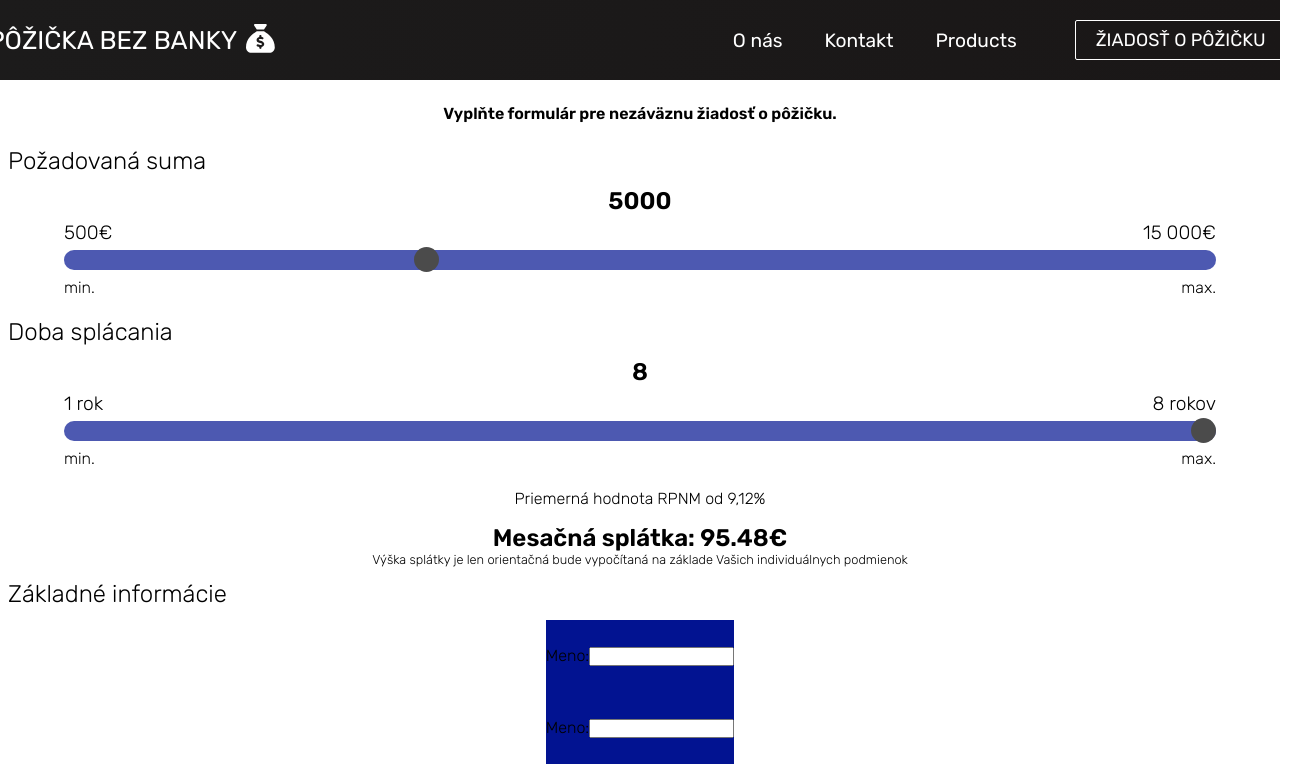
Repository: steve-lgtm/React-website-pozickabezbanky
Page: /ziadost
An editor plug-in stored every save of this project. The page is shown before and after the next save, followed by the edit.
The browser window is 1280 px wide. The page is 1305 px wide, so the pictures cover 1305 px, including what lies to the right of the window. The pictures show the whole page.
Some web libraries are served in a nearby version. The project was rebuilt for these pictures with package versions that can differ from the ones it lists, and the page was loaded fresh each time. Also part of the build but not shown: src/components/pages/Home.js, src/components/pages/Kontakt.js, src/components/pages/Products.js.

Above is the page before, as saved 2022-07-09 00:06:34.

### src/App.js
import React from 'react';
import Navbar from './components/Navbar';
import './App.css';
import Home from './components/pages/Home.js';
import { BrowserRouter as Router, Routes, Route } from 'react-router-dom';
import Kontakt from './components/pages/Kontakt';
import Products from './components/pages/Products';
import Ziadost from './components/pages/Ziadost';
import { library } from '@fortawesome/fontawesome-svg-core'
import { fas } from '@fortawesome/free-solid-svg-icons'


library.add(fas)


function App() {
  return (
      <Router>
        <Navbar />
        <Routes>
          <Route path='/' exact element={<Home />} />
          <Route path='/kontakt' element={<Kontakt/>} />
          <Route path='/products' element={<Products/>} />
          <Route path='/ziadost' element={<Ziadost/>} />
        </Routes>
      </Router>
  );
}

export default App;

### src/components/Navbar.js
import React, { useState, useEffect } from 'react';
import { Button } from './Button';
import { Link } from 'react-router-dom';
import './Navbar.css';
import { FontAwesomeIcon } from '@fortawesome/react-fontawesome';

function Navbar() {
  const [click, setClick] = useState(false);
  const [button, setButton] = useState(true);

  const handleClick = () => setClick(!click);
  const closeMobileMenu = () => setClick(false);

  const showButton = () => {
    if (window.innerWidth <= 1040) {
      setButton(false);
    } else {
      setButton(true);
    }
  };

  useEffect(() => {
    showButton();
  }, []);

  window.addEventListener('resize', showButton);

  return (
    <>
      <nav className='navbar'>
        <div className='navbar-container'>
          <Link to='/' className='navbar-logo' onClick={closeMobileMenu}>
            PÔŽIČKA BEZ BANKY
           {/* <FontAwesomeIcon icon="fa-solid fa-money-bill-1-wave" className='nav-icon'/> */}
           <FontAwesomeIcon icon="fa-solid fa-sack-dollar" className='nav-icon' />
          </Link>
          <div className='menu-icon' onClick={handleClick}>
            <i className={click ? 'fas fa-times' : 'fas fa-bars'} />
          </div>
          <ul className={click ? 'nav-menu active' : 'nav-menu'}>
            <li className='nav-item'>
              <Link to='/' className='nav-links' onClick={closeMobileMenu}>
                O nás
              </Link>
            </li>
            <li className='nav-item'>
              <Link
                to='/kontakt'
                className='nav-links'
                onClick={closeMobileMenu}
              >
                Kontakt
              </Link>
            </li>
            <li className='nav-item'>
              <Link
                to='/products'
                className='nav-links'
                onClick={closeMobileMenu}
              >
                Products
              </Link>
            </li>

            <li>
              <Link
                to='/ziadost'
                className='nav-links-mobile'
                onClick={closeMobileMenu}
              >
                ŽIADOSŤ O PÔŽIČKU
              </Link>
            </li>
          </ul>
          {button && <Button buttonStyle='btn--outline'>ŽIADOSŤ O PÔŽIČKU</Button>}
        </div>
      </nav>
    </>
  );
}

export default Navbar;

### src/App.css
@import url('https://fonts.googleapis.com/css2?family=Rubik:wght@300;400;600&display=swap');
* {
  box-sizing: border-box;
  margin: 0;
  padding: 0;
  font-family: 'Rubik', sans-serif;



}

.home,
.services,
.products,
.sign-up {
  display: flex;
  height: 89vh;
  align-items: center;
  justify-content: center;
  font-size: 3rem;
}

.services {
  background-color: blue;
  background-size: cover;
  background-repeat: no-repeat;
  color: rgb(0, 0, 0);
  font-size: 20px;
}

.products {
  background-color: blue;
  background-position: center;
  background-size: cover;
  background-repeat: no-repeat;
  color: #fff;
  font-size: 100 rem;
}

.sign-up {
  background-position: center;
  background-size: cover;
  background-repeat: no-repeat;
  color: rgb(0, 0, 0);
  font-size: 100px;
}
.home {
  background-position: center;
  background-size: cover;
  background-repeat: no-repeat;
  color: rgb(0, 0, 0);
  font-size: 100px;
}

### src/components/pages/Ziadost.js
import React from 'react';
import '../../App.css';
import './Ziadost.css'
import { useState } from 'react';
import { useFormik} from 'formik'

function PMT(ir, np, pv, fv, type) {

  //  * ir   - interest rate per month
  //  * np   - number of periods (months)
   // * pv   - present value
   // * fv   - future value
  //  * type - when the payments are due:
 //   *        0: end of the period, e.g. end of month (default)
  //  *        1: beginning of period

   var pmt, pvif;

   fv || (fv = 0);
   type || (type = 0);

   if (ir === 0)
       return -(pv + fv)/np;

   pvif = Math.pow(1 + ir, np);
   pmt = - ir * pv * (pvif + fv) / (pvif - 1);

   if (type === 1)
       pmt /= (1 + ir);


   return pmt;}

export default function Ziadost() {
  const [mounthAmount, setMounthAmount] = useState(95.48);
  const formik =  useFormik({
    initialValues: {
      amount: 5000,
      period: 8
    }
  });

 const changeAmount = (e) => {
  let urk_sdz = 0.1834;
  if(e.target.name==='amount'){
    let urk_sdz = 0.1834;
    if ( formik.values.period===1) urk_sdz = 0.3910;
    if ( formik.values.period>1 && formik.values.period<6 ) urk_sdz = 0.2098; //0.22;
    if ( formik.values.period>5 && formik.values.period<9 ) urk_sdz = 0.1834;
    let finalAmount = Math.round(PMT(Math.pow((1+urk_sdz),1/12)-1,(formik.values.period*12),-1*e.target.value)*100) /100;
  setMounthAmount(finalAmount)}

  if(e.target.name==='period'){
    if ( e.target.value===1) urk_sdz = 0.3910;
    if ( e.target.value>1 && e.target.value<6 ) urk_sdz = 0.2098; //0.22;
    if ( e.target.value>5 && e.target.value<9 ) urk_sdz = 0.1834;
    let finalAmount = Math.round(PMT(Math.pow((1+urk_sdz),1/12)-1,(e.target.value*12),-1*formik.values.amount)*100) /100;
    setMounthAmount(finalAmount)}
  };
  return (
    <>
      <h1 className='header-form'>
          Vyplňte formulár pre nezáväznu žiadosť o pôžičku.
        </h1>
      <form>
      <div className='container-form'>
        <div className='section-name'>Požadovaná suma</div>
            <h2>{formik.values.amount}</h2>
            <div className="containerslider">
                <div className="pullleft" style={{fontSize:"1.2rem"}}>
                    500€
                </div>
                <div className="pullright" style={{fontSize:"1.2rem"}}>
                    15 000€
                </div>
            <input type="range" name="amount" step="100" min="500" max="15000" onChange={(e) =>{formik.handleChange(e); changeAmount(e)}} value={formik.values.amount} className="slider" id="suma"/>
            <div className="pullleft" style={{fontSize: "1rem"}}>
                min.
            </div>
            <div className="pullright" style={{fontSize: "1rem"}}>
                max.
            </div>
            </div>

       <div className='section-name'>Doba splácania</div>
       <h2>{formik.values.period}</h2>
            <div className="containerslider">
                <div className="pullleft" style={{fontSize:"1.2rem"}}>
                    1 rok
                </div>
                <div className="pullright" style={{fontSize:"1.2rem"}}>
                    8 rokov
                </div>
            <input type="range" name="period" step="1" min="1" max="8" onChange={(e) => {formik.handleChange(e); changeAmount(e)}} value={formik.values.period} className="slider" id="doba"/>
            <div className="pullleft" style={{fontSize: "1rem"}}>
                min.
            </div>
            <div className="pullright" style={{fontSize: "1rem"}}>
                max.
            </div>
            </div>
            <div className="info">
        Priemerná hodnota RPNM od 9,12%
        </div>
        <h2> Mesačná splátka: {mounthAmount}€</h2>
        <div className="info2">
            Výška splátky je len orientačná bude vypočítaná na základe Vašich individuálnych podmienok
        </div>

            <div className='section-name'>Základné informácie</div>
          <div className='personal-data'>
            <div className='personal-data-field'>
          <label for="nameElm">Meno:</label>
      <input required type="text" name="Meno" id="nameid" size="15" maxlength="50" oninvalid="alert('Vyplňte meno!');"/>
      </div>
      <div className='personal-data-field'>
      <label for="nameElm">Meno:</label>
      <input required type="text" name="Meno" id="nameid" size="15" maxlength="50" oninvalid="alert('Vyplňte meno!');"/>
            </div>
            </div>
            </div>
      </form>

    </>
  );
}

### src/components/Button.js
// import React from 'react';
// import './Button.css';
// import { Link } from 'react-router-dom';

// export function Button() {
//   return (
//     <Link to='sign-up'>
//       <button className='btn'>Sign Up</button>
//     </Link>
//   );
// }

import React from 'react';
import './Button.css';
import { Link } from 'react-router-dom';

const STYLES = ['btn--primary', 'btn--outline', 'btn--test'];

const SIZES = ['btn--medium', 'btn--large'];

export const Button = ({
  children,
  type,
  onClick,
  buttonStyle,
  buttonSize
}) => {
  const checkButtonStyle = STYLES.includes(buttonStyle)
    ? buttonStyle
    : STYLES[0];

  const checkButtonSize = SIZES.includes(buttonSize) ? buttonSize : SIZES[0];

  return (
    <Link to='/ziadost' className='btn-mobile'>
      <button
        className={`btn ${checkButtonStyle} ${checkButtonSize}`}
        onClick={onClick}
        type={type}
      >
        {children}
      </button>
    </Link>
  );
};

### src/components/Navbar.css
.navbar {
    background: linear-gradient(90deg, rgb(28, 27, 27) 0%, rgb(26, 23, 23) 100%);
    height: 80px;
    display: flex;
    justify-content: center;
    align-items: center;
    font-size: 1.2rem;
    position: sticky;
    top: 0;
    z-index: 999;
    font-weight: 400;
    white-space: nowrap;
  }

  .navbar-container {
    display: flex;
    justify-content: center;
    align-items: center;
    height: 80px;
    max-width: 1500px;
  }

  .navbar-logo {
    color: #fff;
    justify-self: start;
    margin-left: 0.5em;
    cursor: pointer;
    text-decoration: none;
    font-size: 1.6rem;
    display: flex;
    align-items: center;

  }

  .nav-icon {
    margin-left: 0.3em;
    margin-bottom: 0.1em;
    font-size: 1.8rem;
  }

  .nav-menu {
    display: grid;
    grid-template-columns: repeat(4, auto);
    grid-gap: 10px;
    list-style: none;
    text-align: center;
    width: 60vw;
    justify-content: end;
    margin-right: 2rem;
  }

  .nav-item {
    height: 3.5em;
  }

  .nav-links {
    color: #fff;
    display: flex;
    align-items: center;
    text-decoration: none;
    padding: 0.5rem 1rem;
    height: 100%;
  }

  .nav-links:hover {
    border-bottom: 4px solid #fff;
    transition: all 0.2s ease-out;
  }

  .fa-bars {
    color: rgb(255, 255, 255);
  }

  .nav-links-mobile {
    display: none;
  }

  .menu-icon {
    display: none;
  }

  @media screen and (max-width: 1040px) {
    .NavbarItems {
      position: relative;
    }

    .nav-menu {
      display: flex;
      flex-direction: column;
      justify-content: flex-start;
      width: 100%;
      height: 100vh;
      position: absolute;
      top: 80px;
      left: -100%;
      opacity: 1;
      transition: all 0.5s ease;
    }

    .nav-menu.active {
      background: #242222;
      left: 0;
      opacity: 1;
      transition: all 0.5s ease;
      z-index: 1;
    }

    .nav-links {
      font-size: 1.5rem;
      text-align: center;
      padding: 2rem;
      width: 100%;
      display: table;
    }

    .nav-links:hover {
      background-color: #fff;
      color: #242424;
      border-radius: 0;
    }

    .navbar-logo {
      float: left;}

    .navbar {
      justify-content: flex-start;
    }
    .navbar-container {
      float: left;
    }
    .menu-icon {
      display: block;
      position: absolute;
      top: 0;
      right: 0;
      transform: translate(-100%, 60%);
      font-size: 1.8rem;
      cursor: pointer;
    }

    .fa-times {
      color: #fff;
      font-size: 2rem;
    }

    .nav-links-mobile {
      display: block;
      text-align: center;
      margin: 2rem auto;
      border-radius: 4px;
      width: 80%;
      text-decoration: none;
      font-size: 1.5rem;
      background-color: transparent;
      color: #fff;
      padding: 14px 20px;
      border: 1px solid #fff;
      transition: all 0.3s ease-out;
    }

    .nav-links-mobile:hover {
      background: #fff;
      color: #242424;
      transition: 250ms;
    }
  }

### src/components/pages/Ziadost.css

.container-form {
margin: 0.5em;
display: flex;
flex-direction: column;
align-items: center;
font-weight: 300;
}
.pullleft{
    margin-top:0.3em;
    margin-bottom: 0.3em;
    float: left;

}
.pullright{
    margin-top:0.3em;
    margin-bottom: 0.3em;
    float: right;
}

.containerslider {
    width: 90vw;
    margin-bottom: 1em;
}
.header-form {
    text-align: center;
    font-size: 1rem;
    padding: 1em;
    padding-top: 1.5em;
}
.info{
    font-size: 1rem;
    color:black;
    text-align: center;
    margin-bottom: 1em;
}
.info2{
    font-size: 0.8rem;
    color:black;
    text-align: center;
    margin-bottom: 1em;
}
.slider {
    -webkit-appearance: none;
    width: 100%;
    height: 20px;
    background: #021391;
    outline: none;
    opacity: 0.7;
    -webkit-transition: .2s;
    transition: opacity .2s;
    border-radius: 1em;

  }
.section-name {
    align-self: flex-start;
    font-size: 1.5em;
    margin-bottom: 0.5em;
}

  .slider::-webkit-slider-thumb {
    -webkit-appearance: none;
    appearance: none;
    width: 25px;
    height: 25px;
    background: #000000;
    cursor: pointer;
    border-radius: 40px;
  }

  .slider::-moz-range-thumb {
    width: 25px;
    height: 25px;
    background: #000000;
    cursor: pointer;
  }
.arrow{
    width: 70px;
    margin-bottom: -1em;
}

.personal-data{
    display: flex;
    flex-direction: column;
    justify-content:space-around;
    height: 20vh;
    background-color: #021391;
}
.personal-data-field{


}

### src/components/Button.css
:root {
  --primary: #fff;
}

.btn {
  padding: 8px 20px;
  border-radius: 2px;
  outline: none;
  border: none;
  cursor: pointer;
}

.btn--primary {
  background-color: var(--primary);
  color: #242424;
  border: 1px solid var(--primary);
}

.btn--outline {
  background-color: transparent;
  color: #fff;
  padding: 8px 20px;
  border: 1px solid var(--primary);
  transition: all 0.3s ease-out;
}

.btn--medium {
  margin-right: 1em;
  padding: 8px 20px;
  font-size: 18px;
}

.btn--large {
  padding: 12px 26px;
  font-size: 20px;
}

.btn--large:hover,
.btn--medium:hover {
  transition: all 0.3s ease-out;
  background: #fff;
  color: #242424;
  transition: 250ms;
}

Loaded but not shown: public/index.html (common file); src/index.js (common file); src/index.css (common file)

After the next save:
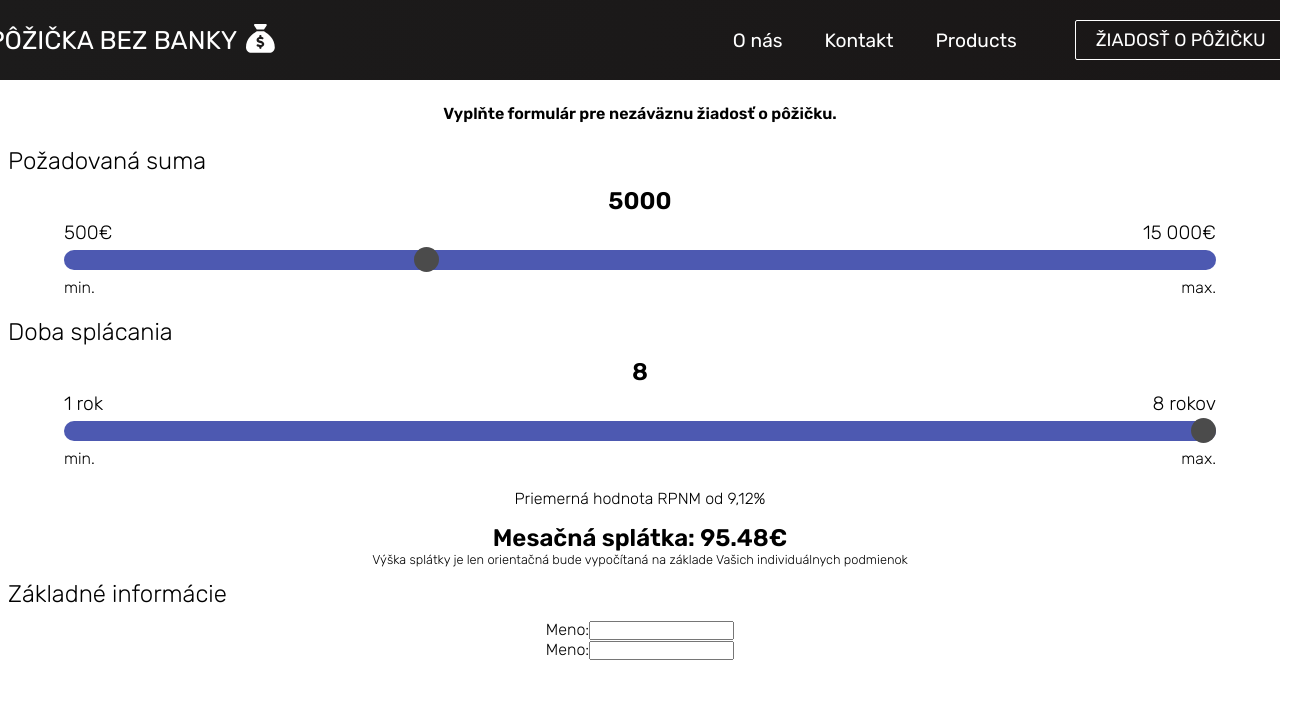
Saved 10 s later.
--- a/src/components/pages/Ziadost.css
+++ b/src/components/pages/Ziadost.css
@@ -80,11 +80,7 @@ font-weight: 300;
 }
 
 .personal-data{
-    display: flex;
-    flex-direction: column;
-    justify-content:space-around;
-    height: 20vh;
-    background-color: #021391;
+
 }
 .personal-data-field{
 
